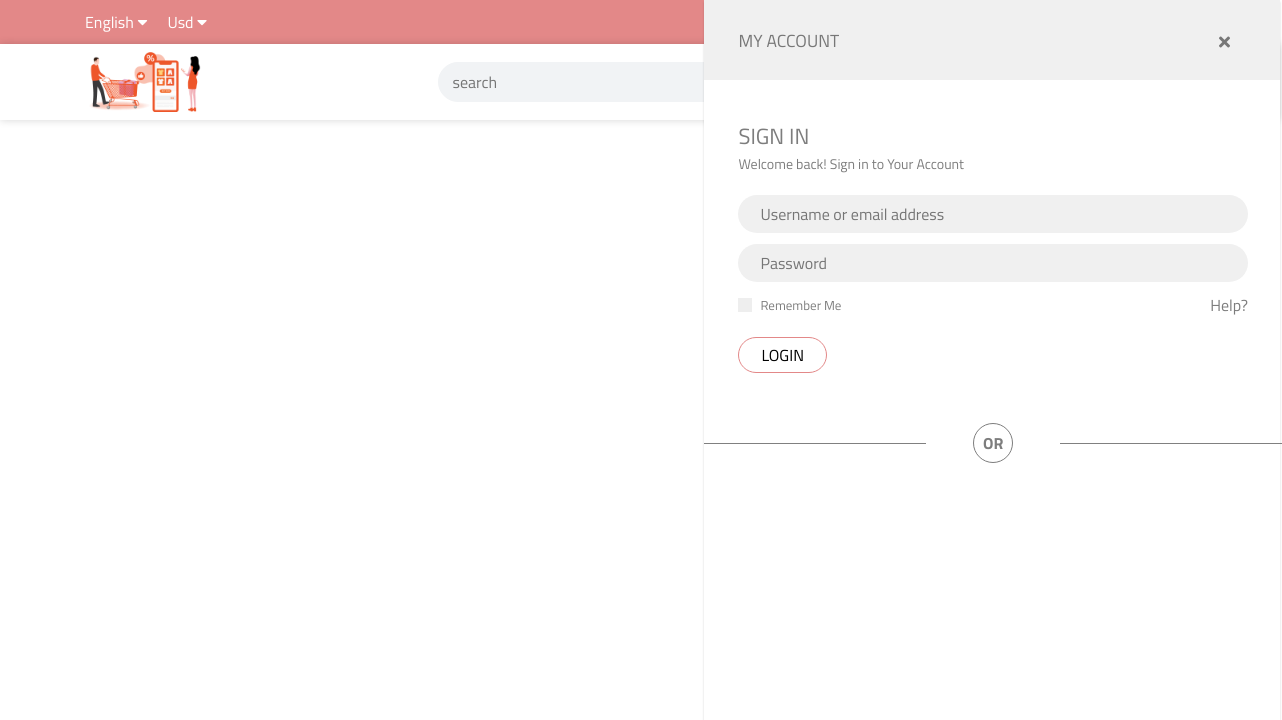
Repository: amrh20/ecommerce-temp
Page: src/index.html
These files come from the project's save history. The page is drawn as it stood at one moment and after the next save; the edit follows.
The browser window is 1280 px wide. The page is 1282 px wide, so the pictures cover 1282 px, including what lies to the right of the window. The pictures show the whole page.
The style sheet was rebuilt from its Sass, Less or Tailwind sources for each picture, by a compiler version that may differ from the author's.

Above is the page before, as saved 2020-01-19 15:04:21.

After the next save:
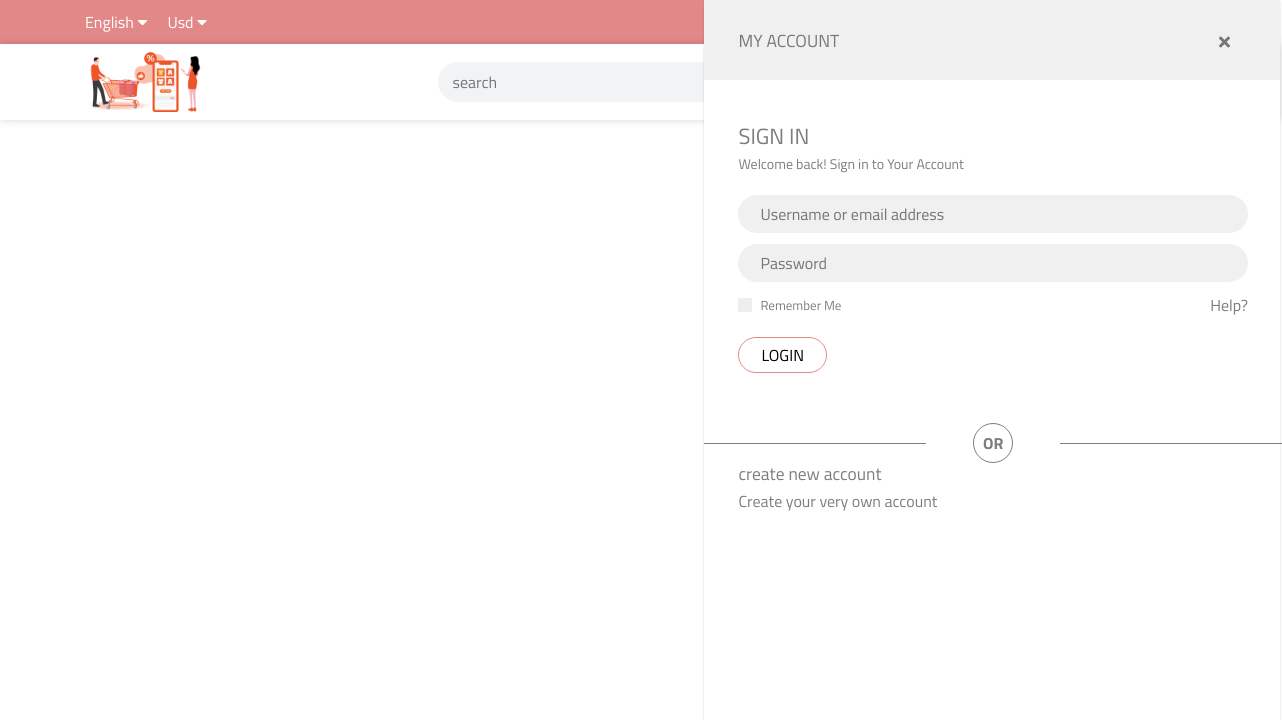
Saved 77 s later.
--- a/src/index.html
+++ b/src/index.html
@@ -297,6 +297,11 @@
             <div class="or">
               <span>or</span>
             </div>
+            <!-- sign up -->
+            <div class="signup">
+              <h3>create new account</h3>
+              <p>Create your very own account</p>
+            </div>
           </div>
       </div>
     </div>
